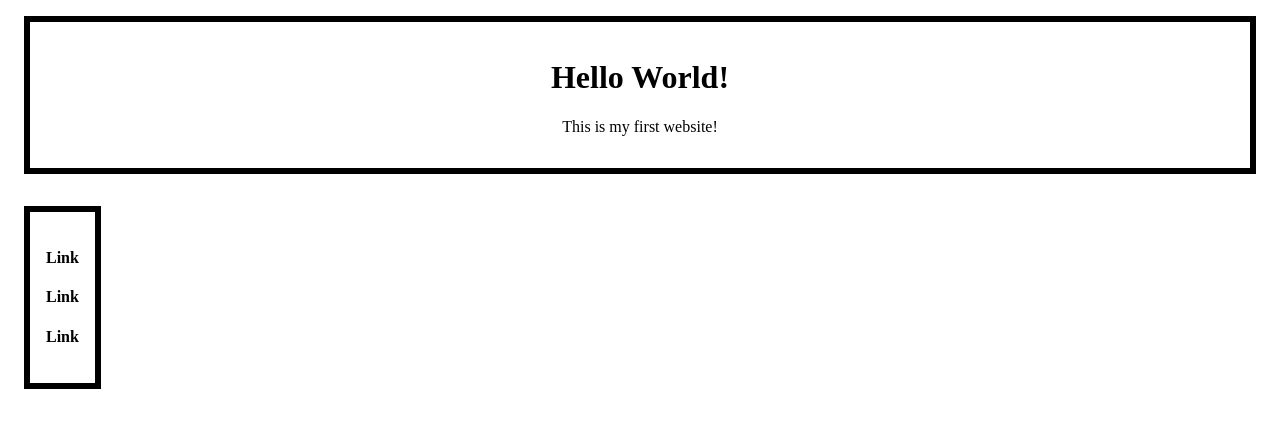
Repository: Brittany-Westlund/WebDesign
Page: Assignment1/index.html
The author's editor kept a copy of each file at every save. The page is drawn from the files as they stood at one save, then again after the next save.
The browser window is 1280 px wide. The pictures show the whole page.

Above is the page before, as saved 2025-05-14 22:29:33.

### Assignment1/index.html
<!DOCTYPE html>
<html>
    <head>
        <!-- Define the character set used: -->
        <meta charset="UTF-8">
        <!-- Provide a description of your page: -->
        <meta name="description" content="A short description...">
        <!-- Provide the author information for the page: -->
        <meta name="author" content="Your Name">
        <style>
            #header {
                border: 5pt solid black;
                padding: 1em;
                margin: 1em;
                text-align: center;
            }

            #nav {
                display: inline-block;
                border: 5pt solid black;
                padding: 1em;
                margin: 1em;
                text-align: center;
            }
        </style>
    </head>
    <body>

        <!-- Header -->
        <div ID="header">
            <h1>Hello World!</h1>
            <p>This is my first website!</p>
        </div>

        <!-- Nav -->
        <div ID="nav">
            <h4>Link</h4>
            <h4>Link</h4>
            <h4>Link</h4>
        </div>


    </body>
</html>

After the next save:
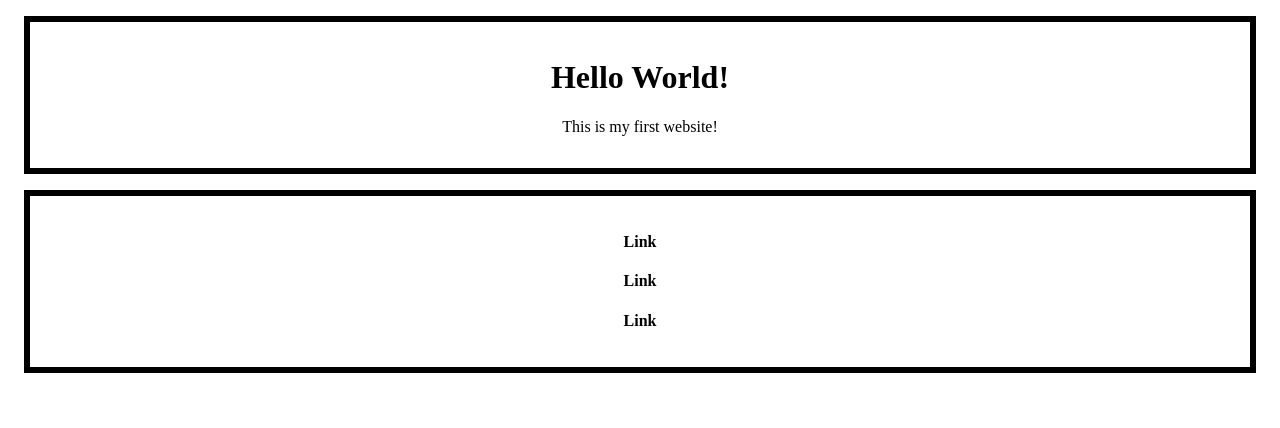
Saved 17 s later.
--- a/Assignment1/index.html
+++ b/Assignment1/index.html
@@ -16,7 +16,7 @@
             }
 
             #nav {
-                display: inline-block;
+                display: flexbox;
                 border: 5pt solid black;
                 padding: 1em;
                 margin: 1em;

After the save that followed:
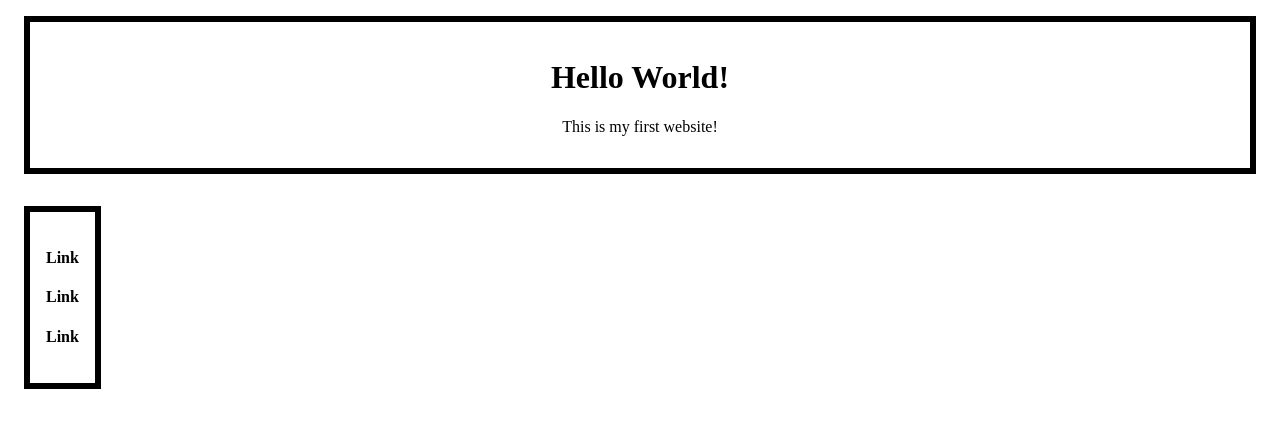
Saved 20 s later.
--- a/Assignment1/index.html
+++ b/Assignment1/index.html
@@ -16,7 +16,7 @@
             }
 
             #nav {
-                display: flexbox;
+                display: inline-block;
                 border: 5pt solid black;
                 padding: 1em;
                 margin: 1em;
